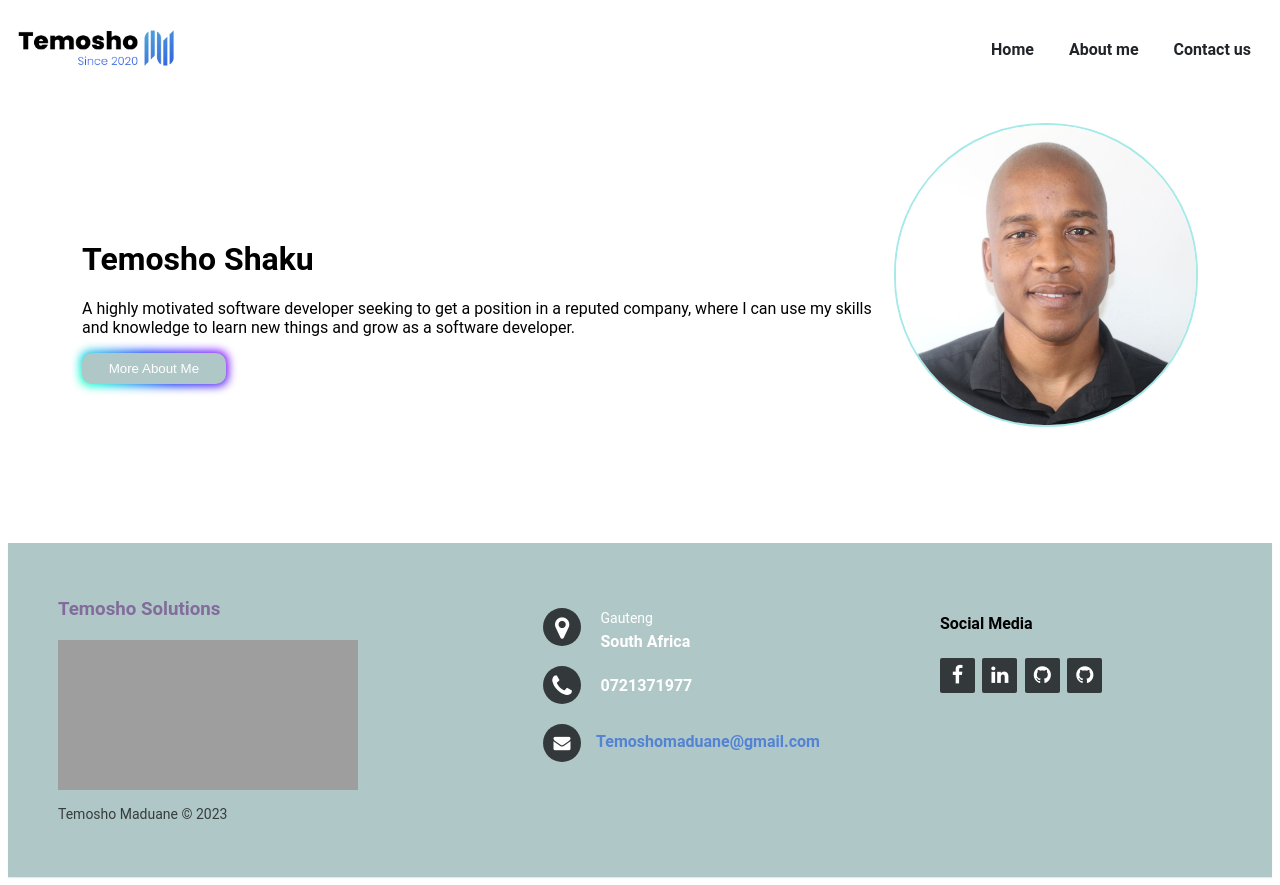
Repository: TemoshoS/T-Shaku
Page: index.html
These files come from the project's save history. The page is drawn as it stood at one moment and after a run of saves; the edit follows.
The browser window is 1280 px wide. The pictures show the whole page.
Pictures or frames that could not be fetched are drawn as grey boxes. Some web libraries are served in a nearby version.

Above is the page before, as saved 2023-09-28 14:44:15.

After the next 3 saves:
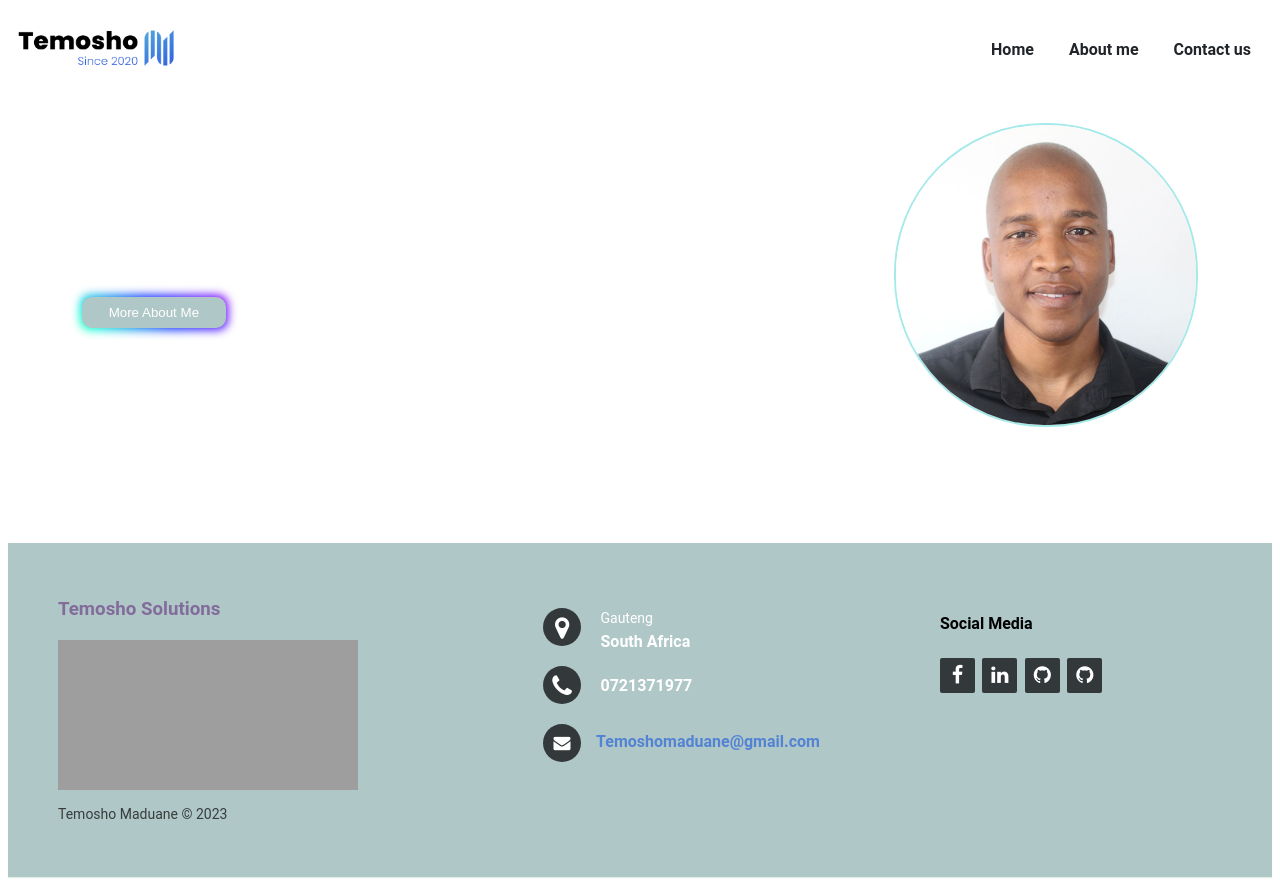
Console error: SyntaxError: Invalid or unexpected token
The 3 saves are shown as one change because they came seconds apart.
The last was saved 10 s later.
--- a/javascript/index.js
+++ b/javascript/index.js
@@ -1,7 +1,11 @@
 
 document.getElementById("name").innerHTML = "Temosho Shaku";
 
-document.getElementById("para").innerHTML = "A highly motivated software developer seeking to get a position in a reputed company, where I can use my skills and knowledge to learn new things and grow as a software developer.";
+document.getElementById("para").innerHTML = "I am a dedicated professional who thrives on innovation and enjoys tackling complex challenges in
+the world of software development. My passion lies in creating user-centric applications that push
+boundaries and deliver exceptional experiences. With a solid background in Information
+Technology and a commitment to continuous learning, I am well-equipped to contribute to
+dynamic projects and teams.";
 
 
 

After the save that followed:
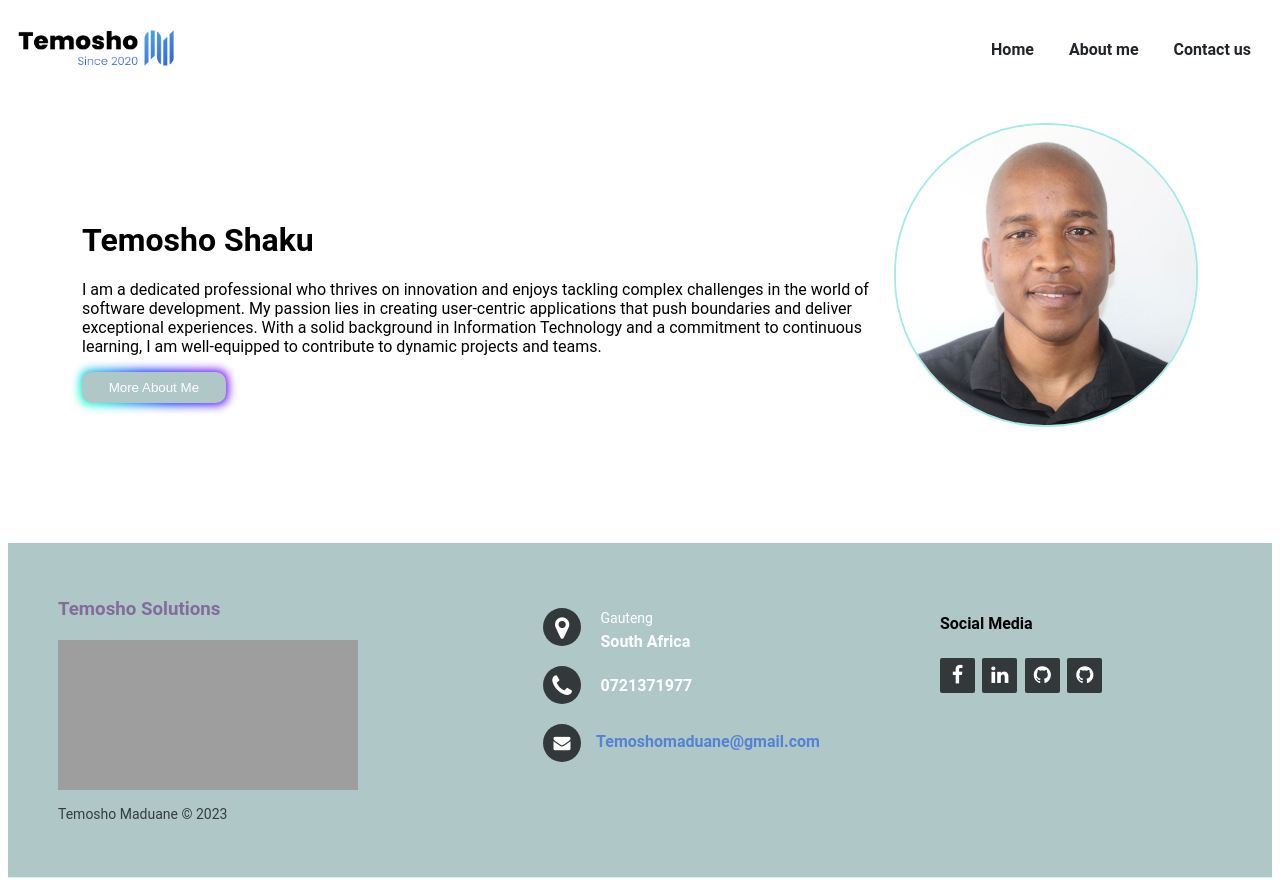
The error is gone.
Saved 60 s later.
--- a/javascript/index.js
+++ b/javascript/index.js
@@ -1,11 +1,12 @@
 
 document.getElementById("name").innerHTML = "Temosho Shaku";
 
-document.getElementById("para").innerHTML = "I am a dedicated professional who thrives on innovation and enjoys tackling complex challenges in
+document.getElementById("para").innerHTML = `I am a dedicated professional who thrives on innovation and enjoys tackling complex challenges in
 the world of software development. My passion lies in creating user-centric applications that push
 boundaries and deliver exceptional experiences. With a solid background in Information
 Technology and a commitment to continuous learning, I am well-equipped to contribute to
-dynamic projects and teams.";
+dynamic projects and teams.`;
+
 
 
 
